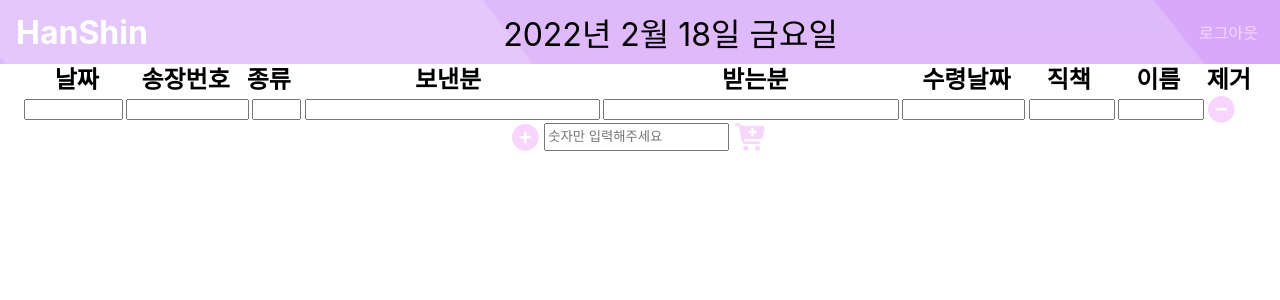
Repository: SeungYn/hanshinClient
Page: /add
An editor plug-in stored every save of this project. The page is shown before and after the next save, followed by the edit.
The browser window is 1280 px wide. The pictures show the whole page.
The project was rebuilt for these pictures with package versions that can differ from the ones it lists, and the page was loaded fresh each time. Also part of the build but not shown: src/App.css, src/components/item/item.jsx, src/components/package/package.jsx.

Above is the page before, as saved 2022-02-20 12:52:31.

After the next save:
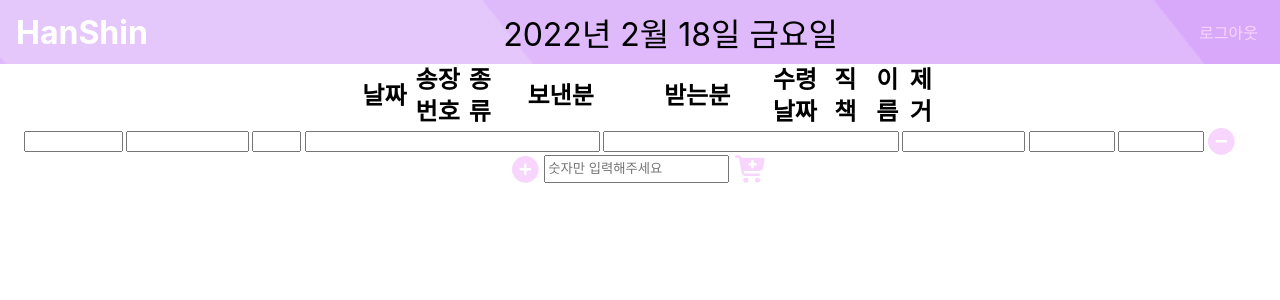
Saved 43 s later.
--- a/src/addboxs/addBoxs.jsx
+++ b/src/addboxs/addBoxs.jsx
@@ -124,7 +124,7 @@ const AddBoxs = (props) => {
 
   return (
     <section className={styles.addContainer}>
-      <div className={styles.addFormHeader}>
+      <div className={styles.items}>
         <h2 className={styles.item}>날짜</h2>
         <h2 className={styles.item}>송장번호</h2>
         <h2 className={styles.item}>종류</h2>
